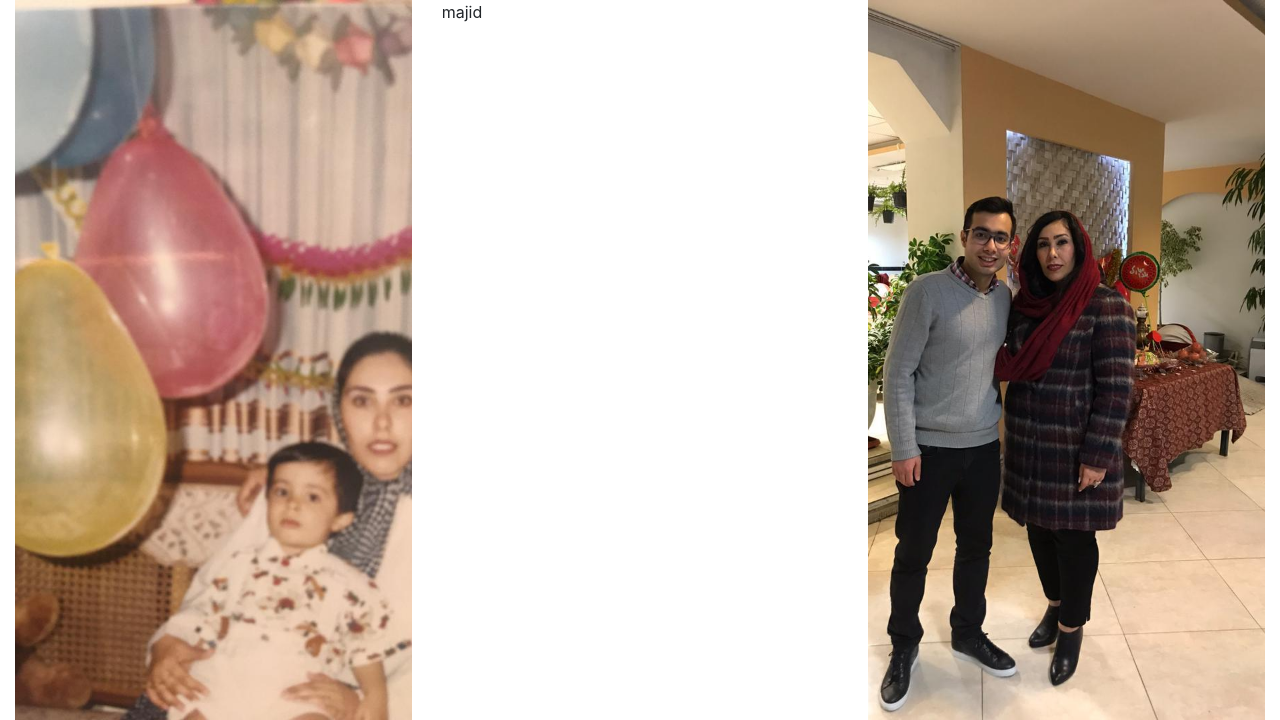
Repository: mirfarzam/mirfarzam.github.io
Page: khalelila/index.html
These files come from the project's save history. The page is drawn as it stood at one moment and after the next save; the edit follows.
The browser window is 1280 px wide. The pictures show the whole page.

Above is the page before, as saved 2020-04-30 21:13:28.

### khalelila/index.html
<html>
<head>
<title>تولد خاله لیلا</title>
<link href="https://stackpath.bootstrapcdn.com/bootstrap/4.4.1/css/bootstrap.min.css" rel="stylesheet" integrity="sha384-Vkoo8x4CGsO3+Hhxv8T/Q5PaXtkKtu6ug5TOeNV6gBiFeWPGFN9MuhOf23Q9Ifjh" crossorigin="anonymous">
<script
  src="https://code.jquery.com/jquery-3.5.0.min.js"
  integrity="sha256-xNzN2a4ltkB44Mc/Jz3pT4iU1cmeR0FkXs4pru/JxaQ="
  crossorigin="anonymous"></script>
<script src="https://stackpath.bootstrapcdn.com/bootstrap/4.4.1/js/bootstrap.min.js" integrity="sha384-wfSDF2E50Y2D1uUdj0O3uMBJnjuUD4Ih7YwaYd1iqfktj0Uod8GCExl3Og8ifwB6" crossorigin="anonymous"></script>
<script src="https://stackpath.bootstrapcdn.com/bootstrap/4.4.1/js/bootstrap.bundle.min.js" integrity="sha384-6khuMg9gaYr5AxOqhkVIODVIvm9ynTT5J4V1cfthmT+emCG6yVmEZsRHdxlotUnm" crossorigin="anonymous"></script>

<style>
.maincontrainer{
    width:100vw;
    height:100vh
}
.maincontrainer .row, .maincontrainer .row .col-sm-4{
    height: inherit;
    width: inherit;
}
.maincontrainer .row .col-sm-4 {
    position:relative;
}
.maincontrainer .row .col-sm-4 img{
    width:100%;
    height:100%;
    position:relative;
    top:0;
    left:0;
    object-fit:cover;
    object-position: -120px;
}

</style>
</head>
<body>
<section class="container-fluid maincontrainer">
    <div class="row">
        <div class="col-sm-4"><img src="old.jpeg"></div>
        <div class="col-sm-4">majid</div>
        <div class="col-sm-4"><img src="new.jpeg"></div>
    </div>
</section>
</body>
</html>

After the next save:
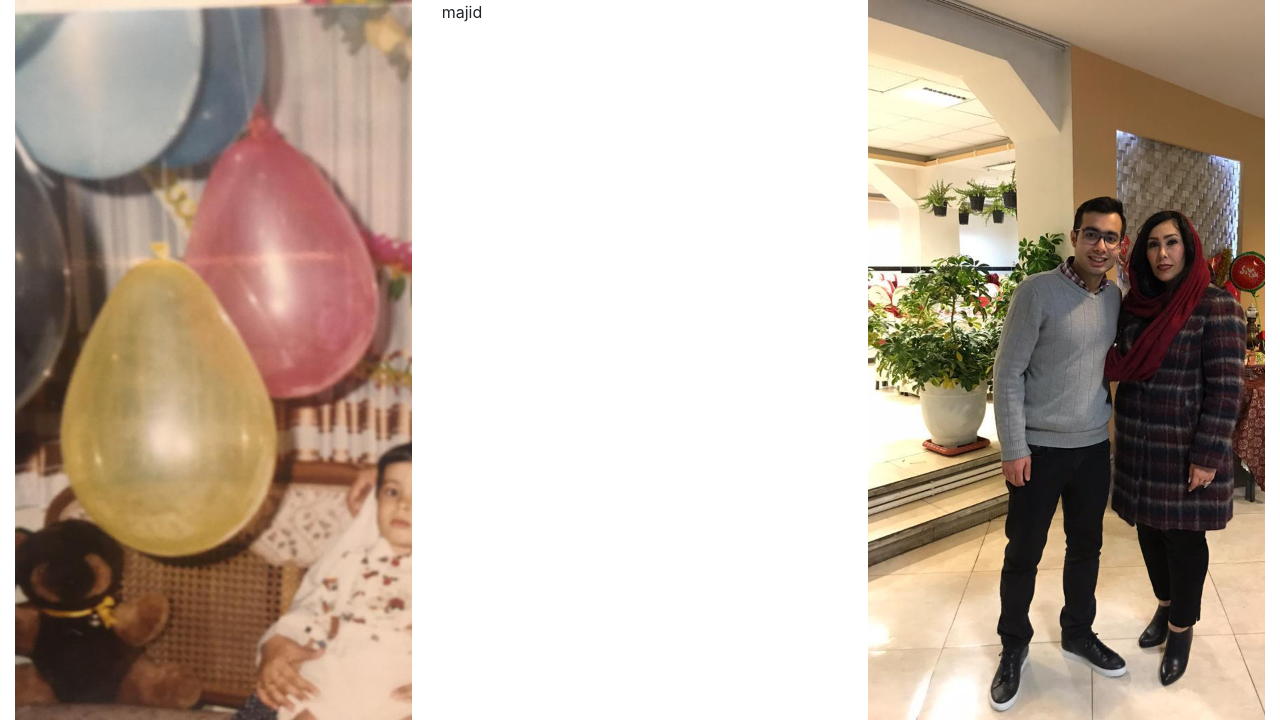
Saved 7 s later.
--- a/khalelila/index.html
+++ b/khalelila/index.html
@@ -28,7 +28,7 @@
     top:0;
     left:0;
     object-fit:cover;
-    object-position: -120px;
+    object-position: -10px;
 }
 
 </style>
